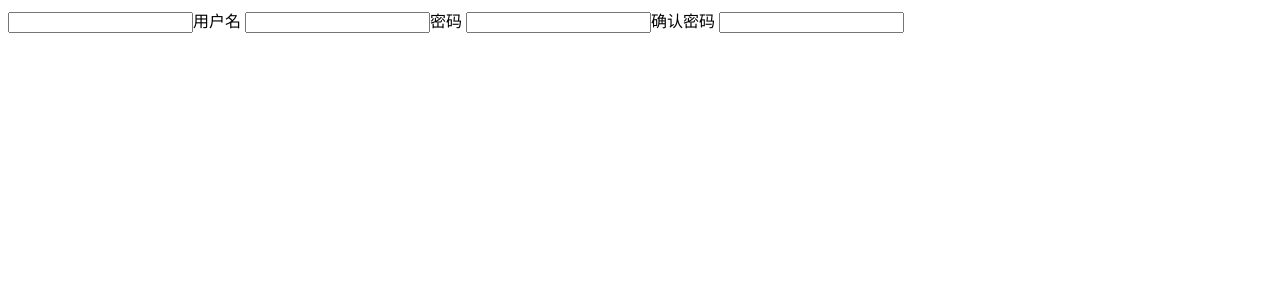
Repository: wxamlzm/campus0714
Page: views/req.html
The author's editor kept a copy of each file at every save. The page is drawn from the files as they stood at one save, then again after the next save.
The browser window is 1280 px wide. The pictures show the whole page.

Above is the page before, as saved 2021-07-11 23:14:18.

After the next save:
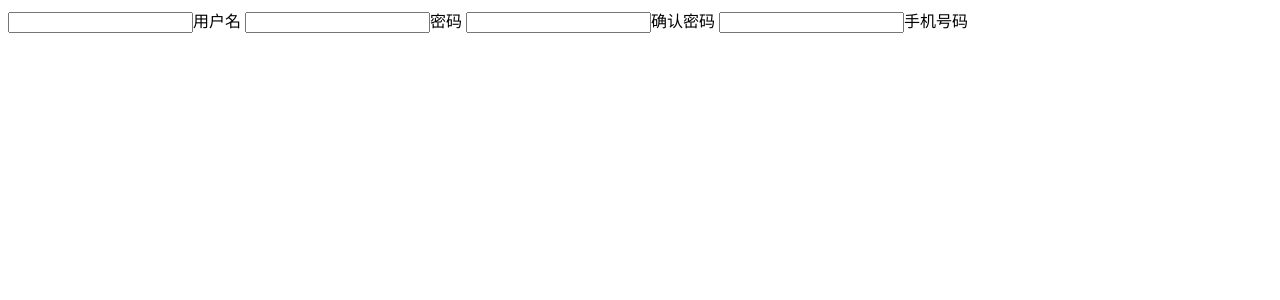
Saved 63 s later.
--- a/views/req.html
+++ b/views/req.html
@@ -8,6 +8,6 @@
         <input type="text" id="uname">用户名
         <input type="password" id="upwd">密码
         <input type="password" id="upwdqr">确认密码
-        <input type="text">
+        <input type="text" id="uphone">手机号码
     </body>
 </html>
